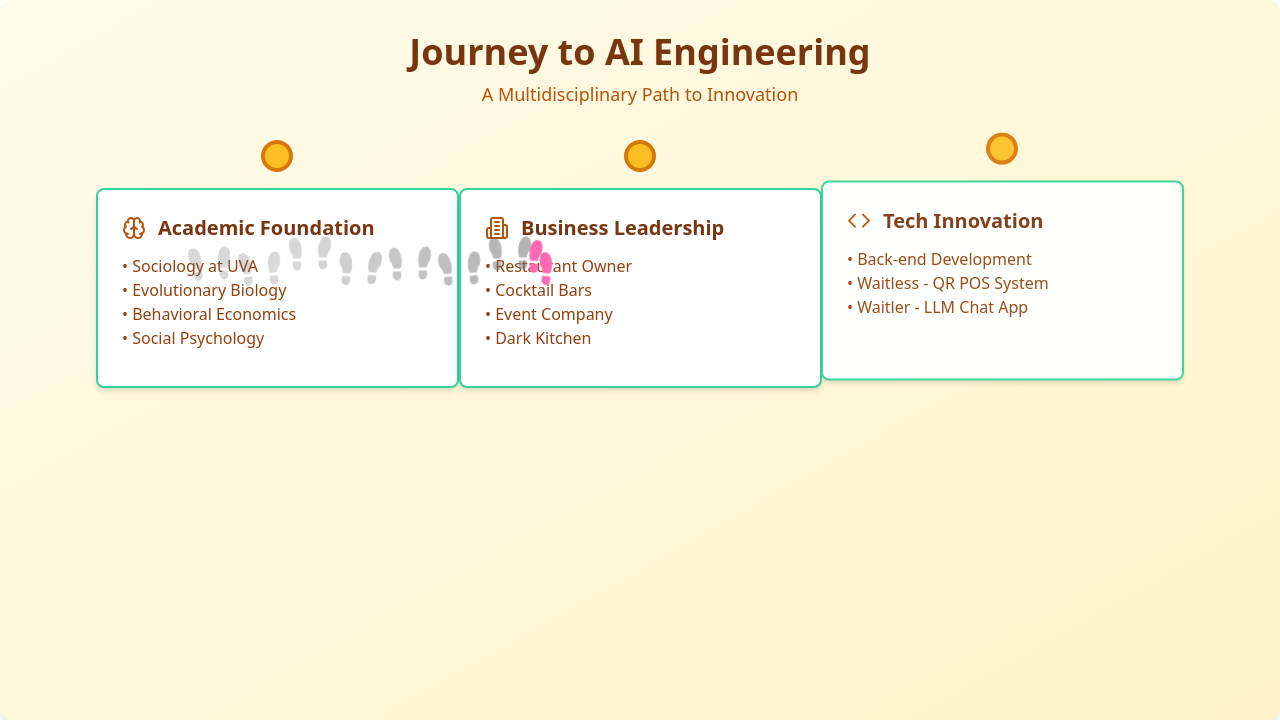
Repository: Galbaz1/dell_presentation
Page: /
An editor plug-in stored every save of this project. The page is shown before and after a run of saves, followed by the edit.
The browser window is 1280 px wide. The pictures show the whole page.
The project was rebuilt for these pictures with package versions that can differ from the ones it lists, and the page was loaded fresh each time. The framework's server and built-in components were replaced by stand-ins that run in the browser.

Above is the page before, as saved 2024-11-11 13:29:21.

After the next 3 saves:
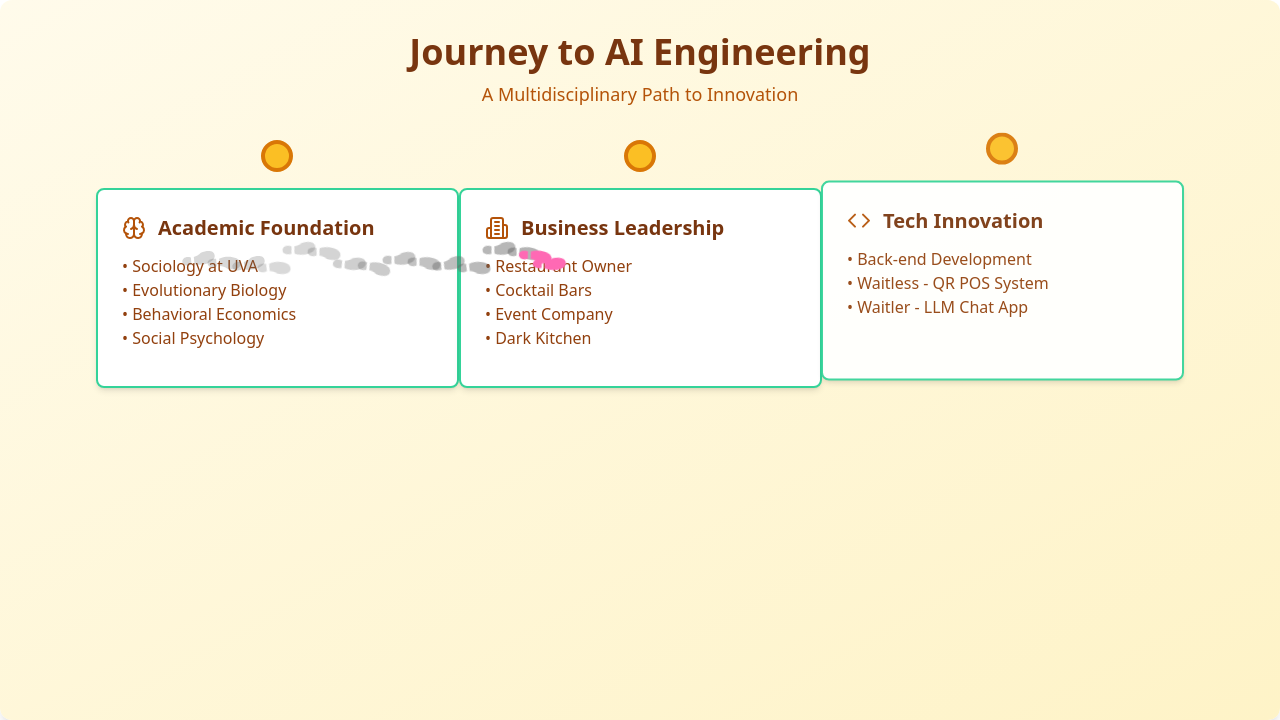
The 3 saves are shown as one change because they came seconds apart.
The last was saved 2 min 1 s later.
--- a/components/FootstepsAnimation.tsx
+++ b/components/FootstepsAnimation.tsx
@@ -14,6 +14,7 @@ const RightFootprint = React.forwardRef<SVGSVGElement>((_, ref) => (
     fill="currentColor"
     xmlns="http://www.w3.org/2000/svg"
     className="footstep right-step"
+    style={{ transform: 'rotate(90deg)' }}
   >
     <path d="M5.058 20.918l6.21-1.664c-0.204-2.22 0-4.745 1.205-7.11 0.18-6.195-1.867-11.962-6.835-10.631-5.468 1.465-4.865 13.899-0.58 19.404v0zM5.468 23.537c0.343 11.974 12.512 6.497 6.318-1.693l-6.318 1.693z" />
   </svg>
@@ -28,6 +29,7 @@ const LeftFootprint = React.forwardRef<SVGSVGElement>((_, ref) => (
     fill="currentColor"
     xmlns="http://www.w3.org/2000/svg"
     className="footstep left-step"
+    style={{ transform: 'rotate(90deg)' }}
   >
     <path d="M27.227 20.917l-6.21-1.664c0.204-2.22-0-4.745-1.205-7.11-0.18-6.195 1.867-11.962 6.835-10.631 5.468 1.466 4.865 13.9 0.58 19.404v0zM26.818 23.536c-0.343 11.973-12.512 6.497-6.318-1.693l6.318 1.693z" />
   </svg>
@@ -73,7 +75,7 @@ const FootstepsAnimation: React.FC = () => {
       ghost.style.position = 'absolute';
       ghost.style.left = `${x}px`;
       ghost.style.top = `${y}px`;
-      ghost.style.transform = `rotate(${rotation}deg)`;
+      ghost.style.transform = `rotate(${rotation + 90}deg)`;
       ghost.classList.add('ghost-trail');
 
       ghostTrailRef.current.appendChild(ghost);
@@ -105,7 +107,7 @@ const FootstepsAnimation: React.FC = () => {
         gsap.to(foot, {
           x: point.x + (isLeft ? -12 : 12),  // Lateral offset for left/right foot
           y: point.y + (index % 2 ? 5 : -5), // Slight vertical alternation
-          rotation: rotation + (isLeft ? -15 : 15), // Angle feet slightly outward
+          rotation: rotation + 90 + (isLeft ? -15 : 15), // Angle feet slightly outward
           duration: 0.6,    // Slower, more natural step timing
           delay: delay + (index * 0.7), // More time between steps
           ease: "power2.inOut",
